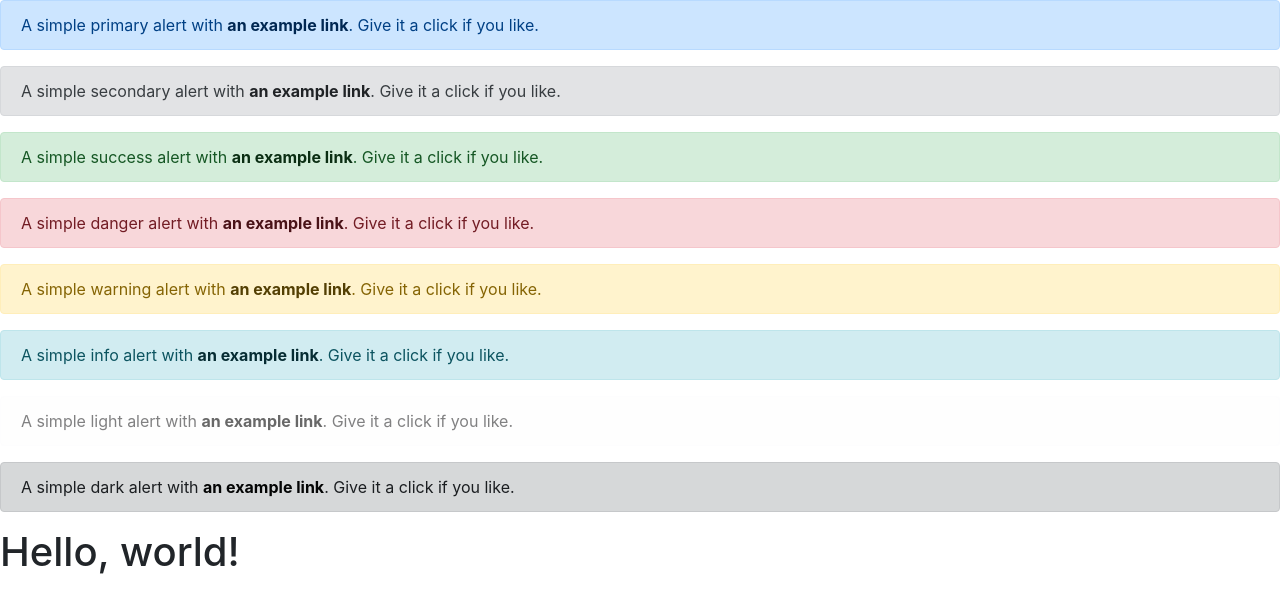
Repository: junshock5/RubyTest
Page: boot.html
The author's editor kept a record of every edit. The page is drawn from the files as they stood at one moment, then again after the next edit.
The browser window is 1280 px wide. The pictures show the whole page.

Above is the page before.

### boot.html
<!doctype html>
<html lang="en">
  <head>
    <!-- Required meta tags -->
    <meta charset="utf-8">
    <meta name="viewport" content="width=device-width, initial-scale=1, shrink-to-fit=no">

    <!-- Bootstrap CSS -->
    <link rel="stylesheet" href="https://stackpath.bootstrapcdn.com/bootstrap/4.4.1/css/bootstrap.min.css" integrity="sha384-Vkoo8x4CGsO3+Hhxv8T/Q5PaXtkKtu6ug5TOeNV6gBiFeWPGFN9MuhOf23Q9Ifjh" crossorigin="anonymous">

    <title>Hello, world!</title>
  </head>
  <body>

    <div class="alert alert-primary" role="alert">
  A simple primary alert with <a href="#" class="alert-link">an example link</a>. Give it a click if you like.
</div>
<div class="alert alert-secondary" role="alert">
  A simple secondary alert with <a href="#" class="alert-link">an example link</a>. Give it a click if you like.
</div>
<div class="alert alert-success" role="alert">
  A simple success alert with <a href="#" class="alert-link">an example link</a>. Give it a click if you like.
</div>
<div class="alert alert-danger" role="alert">
  A simple danger alert with <a href="#" class="alert-link">an example link</a>. Give it a click if you like.
</div>
<div class="alert alert-warning" role="alert">
  A simple warning alert with <a href="#" class="alert-link">an example link</a>. Give it a click if you like.
</div>
<div class="alert alert-info" role="alert">
  A simple info alert with <a href="#" class="alert-link">an example link</a>. Give it a click if you like.
</div>
<div class="alert alert-light" role="alert">
  A simple light alert with <a href="#" class="alert-link">an example link</a>. Give it a click if you like.
</div>
<div class="alert alert-dark" role="alert">
  A simple dark alert with <a href="#" class="alert-link">an example link</a>. Give it a click if you like.
</div>

    <h1>Hello, world!</h1>

    <!-- Optional JavaScript -->
    <!-- jQuery first, then Popper.js, then Bootstrap JS -->
    <script src="https://code.jquery.com/jquery-3.4.1.slim.min.js" integrity="sha384-J6qa4849blE2+poT4WnyKhv5vZF5SrPo0iEjwBvKU7imGFAV0wwj1yYfoRSJoZ+n" crossorigin="anonymous"></script>
    <script src="https://cdn.jsdelivr.net/npm/popper.js@1.16.0/dist/umd/popper.min.js" integrity="sha384-Q6E9RHvbIyZFJoft+2mJbHaEWldlvI9IOYy5n3zV9zzTtmI3UksdQRVvoxMfooAo" crossorigin="anonymous"></script>
    <script src="https://stackpath.bootstrapcdn.com/bootstrap/4.4.1/js/bootstrap.min.js" integrity="sha384-wfSDF2E50Y2D1uUdj0O3uMBJnjuUD4Ih7YwaYd1iqfktj0Uod8GCExl3Og8ifwB6" crossorigin="anonymous"></script>
  </body>
</html>

After the next edit:
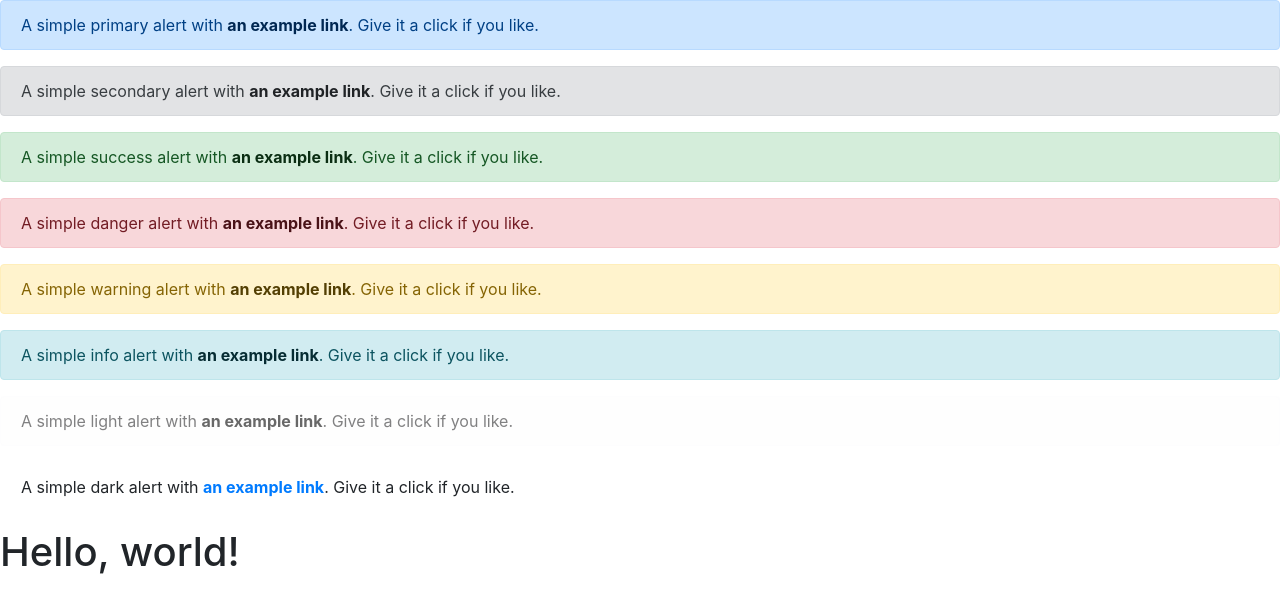
The edit:
--- a/boot.html
+++ b/boot.html
@@ -33,7 +33,7 @@
 <div class="alert alert-light" role="alert">
   A simple light alert with <a href="#" class="alert-link">an example link</a>. Give it a click if you like.
 </div>
-<div class="alert alert-dark" role="alert">
+<div class="alert" role="alert">
   A simple dark alert with <a href="#" class="alert-link">an example link</a>. Give it a click if you like.
 </div>
 
